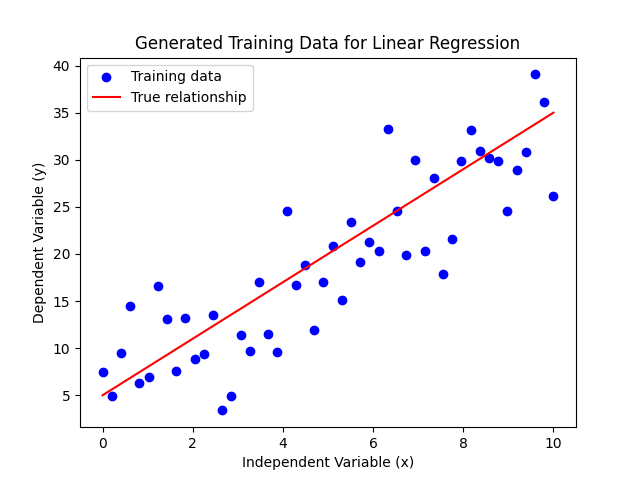
Repository: JEETESH-SAWON/Python
Script's output: python Ai_Learning/data_gen.py
These files come from the project's save history. The script's output is drawn as it stood at one moment and after the next save; the edit follows.
Random numbers start from a fixed seed.

Above is the script's output before, as saved 2024-07-23 04:30:58.

### Ai_Learning/data_gen.py
import numpy as np
import matplotlib.pyplot as plt
import pandas as pd

# Set random seed for reproducibility
np.random.seed(42)

# Define the true relationship (y = 3x + 5)
true_slope = 3
true_intercept = 5

# Generate independent variable data (x) np.linespace create x from 0 to 10 in 50 iteration
x = np.linspace(0, 10, 50)

# Calculate the dependent variable data (y) without noise find y with slope formula y=3x+5
y_true = true_slope * x + true_intercept

# Add noise to the dependent variable noise added to y where 0 is mean(0)= noise value is centered around 0
# 5 is standerd daviation means value is btw -5 and 5 x.shape array size of x which is single D 50 size array
noise = np.random.normal(0, 5, x.shape)
y = y_true + noise

# Plot the generated data
plt.scatter(x, y, color='blue', label='Training data')
plt.plot(x, y_true, color='red', label='True relationship')
plt.xlabel('Independent Variable (x)')
plt.ylabel('Dependent Variable (y)')
plt.title('Generated Training Data for Linear Regression')
plt.legend()
plt.show()

# Save data to CSV (optional)
data = pd.DataFrame({'x': x, 'y': y})
data.to_csv('linear_regression_data.csv', index=False)

After the next save:
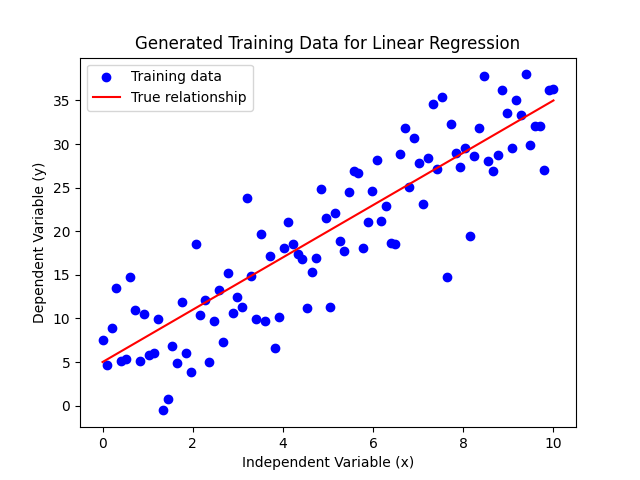
Saved 5 min 45 s later.
--- a/Ai_Learning/data_gen.py
+++ b/Ai_Learning/data_gen.py
@@ -10,7 +10,7 @@ true_slope = 3
 true_intercept = 5
 
 # Generate independent variable data (x) np.linespace create x from 0 to 10 in 50 iteration
-x = np.linspace(0, 10, 50)
+x = np.linspace(0, 10, 98)
 
 # Calculate the dependent variable data (y) without noise find y with slope formula y=3x+5
 y_true = true_slope * x + true_intercept
